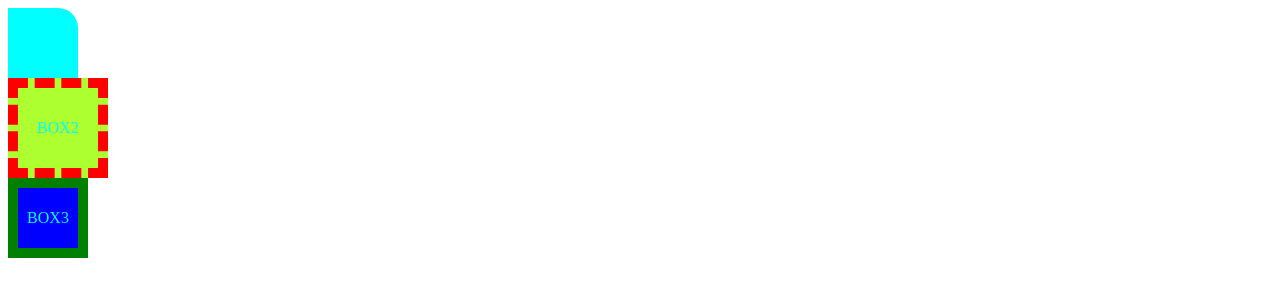
Repository: Ducspdn/WeTheBandF8
Page: html_learn_f8/index3.html
These files come from the project's save history. The page is drawn as it stood at one moment and after the next save; the edit follows.
The browser window is 1280 px wide. The pictures show the whole page.

Above is the page before, as saved 2023-01-14 10:33:28.

After the next save:
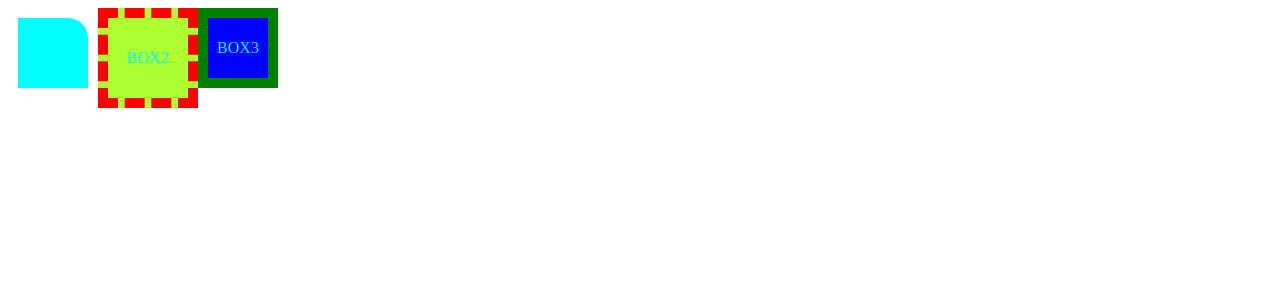
Saved 13 min 27 s later.
--- a/html_learn_f8/index3.html
+++ b/html_learn_f8/index3.html
@@ -14,6 +14,8 @@
         justify-content: center;
         align-items:center;
         /* align-items : sắp xếp các mục */
+        float : left ;
+        /* đứa các box nằm trên một hàng */
     }
     .BOX1{
         background-color: aqua;
@@ -21,6 +23,7 @@
         padding-right: 10px;
         border-top-right-radius: 20px;
         border-color: yellow;
+        margin: 10px;
     }
     .BOX2{
         background-color: greenyellow ;
